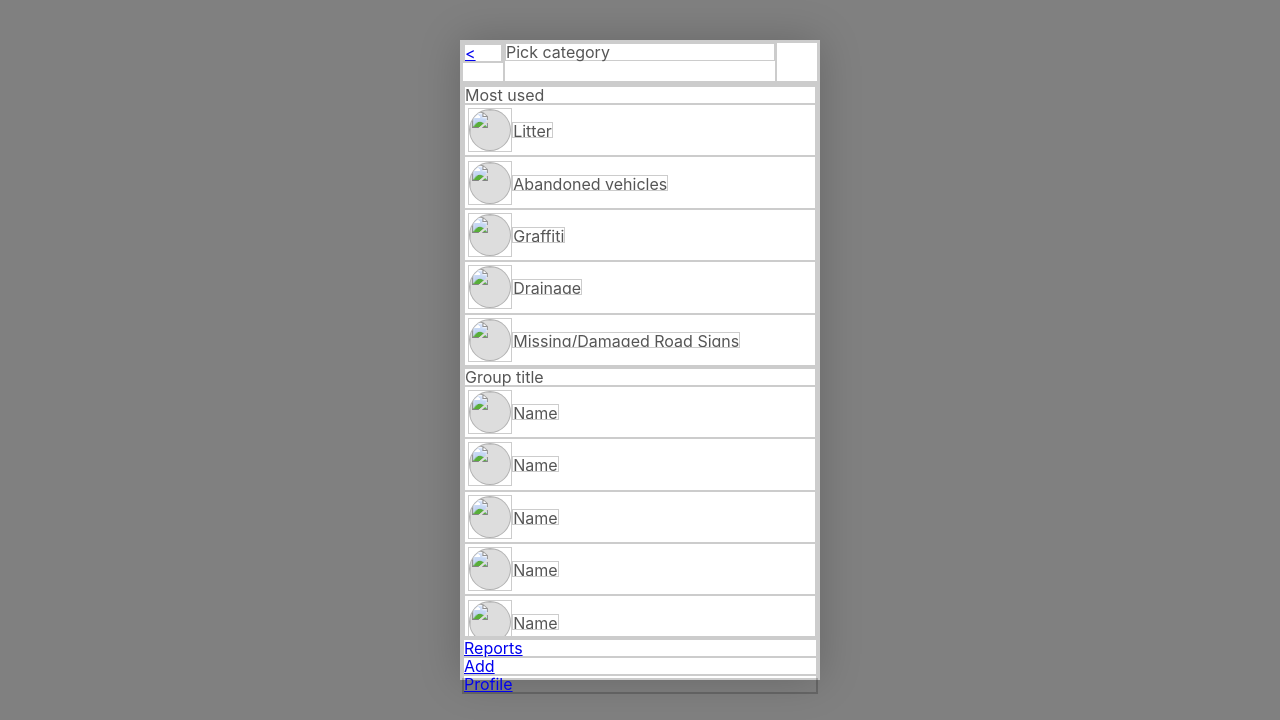
Repository: aleksandrenko/html-css-playground
Page: add report.html
These files come from the project's save history. The page is drawn as it stood at one moment and after a run of saves; the edit follows.
The browser window is 1280 px wide. The pictures show the whole page.

Above is the page before, as saved 2018-01-18 18:30:34.

After the next 3 saves:
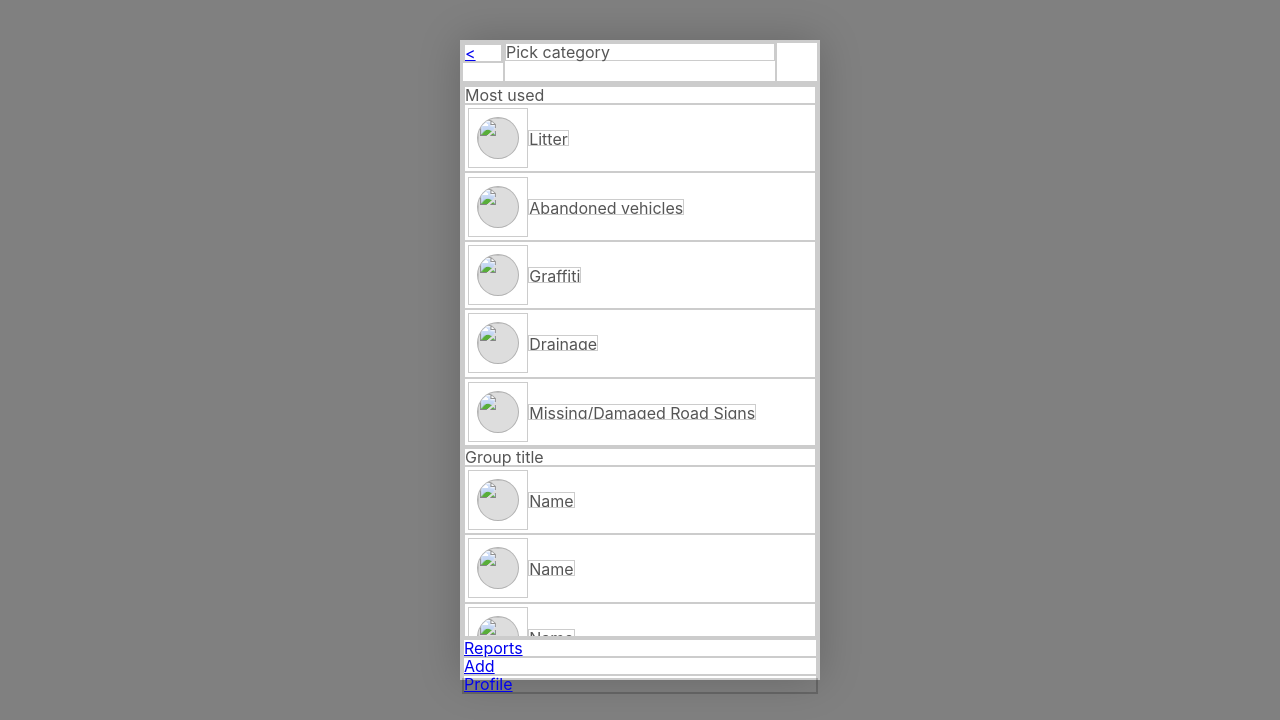
The 3 saves are shown as one change because they came seconds apart.
The last was saved 9 s later.
--- a/css/pages/categories.css
+++ b/css/pages/categories.css
@@ -14,6 +14,7 @@ categories group picture img {
   height: 42px;
   background: #ddd;
   border-radius: 50%;
+  margin: 0.5rem;
 }
 
 categories group name {
